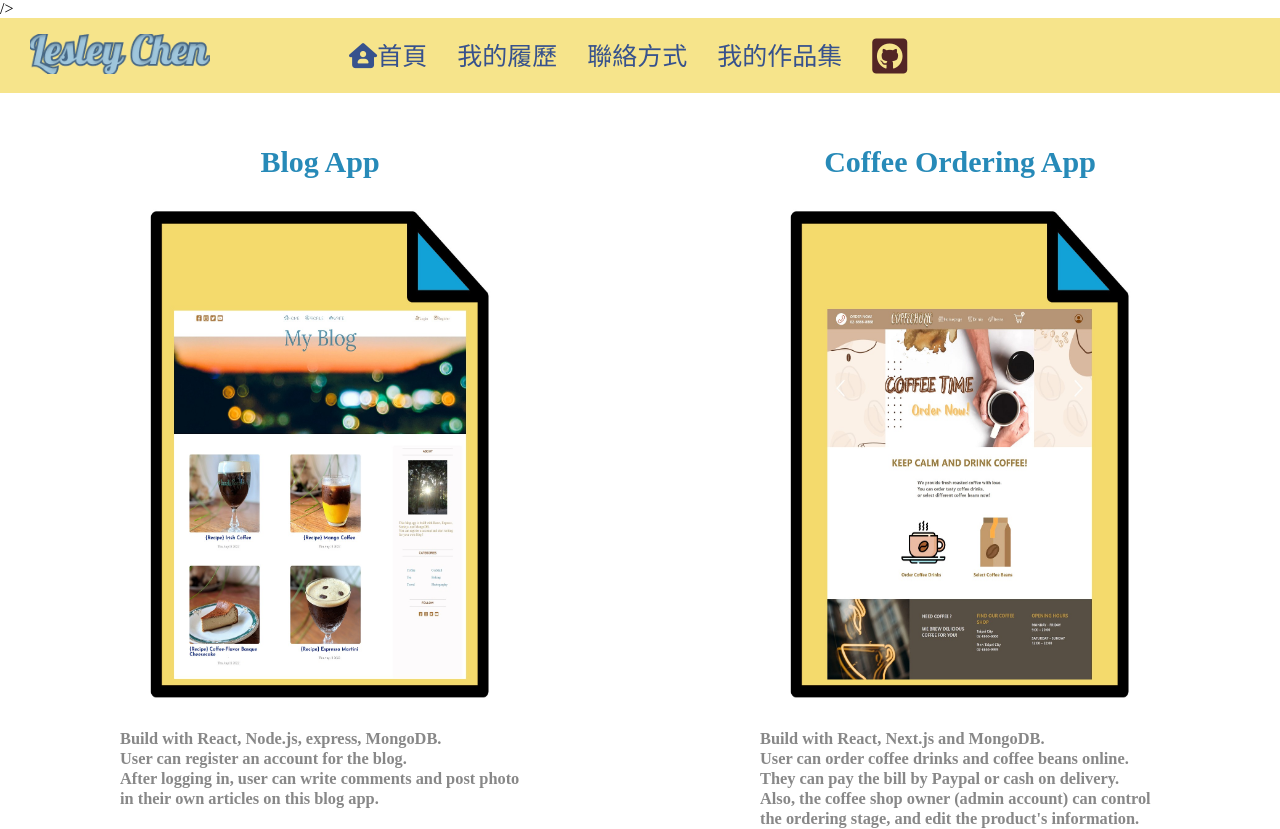
Repository: lcjyc/portfolio-website
Page: /portfolio
The author's editor kept a copy of each file at every save. The page is drawn from the files as they stood at one save, then again after the next save.
The browser window is 1280 px wide. The pictures show the whole page.
Some web libraries are served in a nearby version. The project was rebuilt for these pictures with package versions that can differ from the ones it lists, and the page was loaded fresh each time. Also part of the build but not shown: src/pages/home/home.css, src/pages/home/Home.jsx, src/pages/resume/resume.css, src/pages/resume/Resume.jsx, src/pages/contact/contact.css, src/pages/contact/Contact.jsx.

Above is the page before, as saved 2022-08-21 16:19:55.

After the next save:
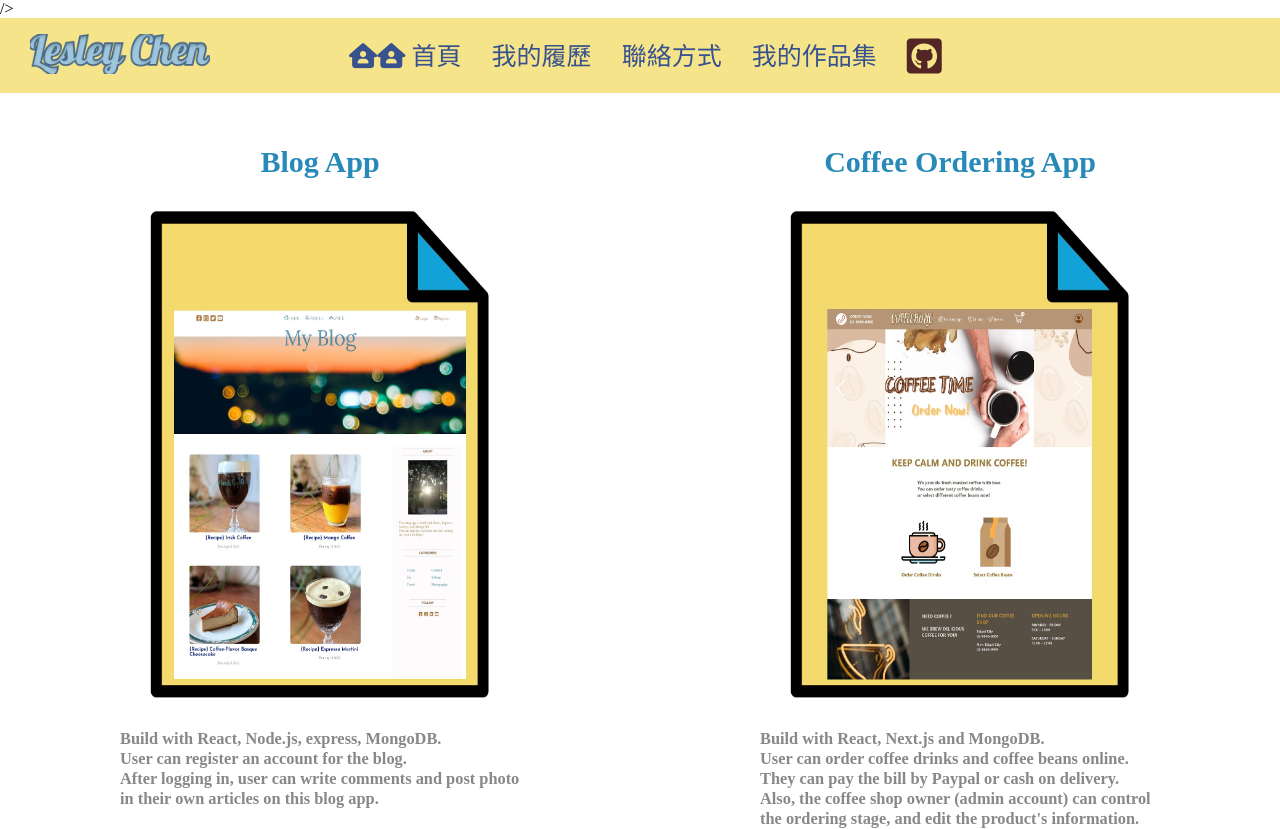
Saved 58 s later.
--- a/src/components/topbar/TopBar.jsx
+++ b/src/components/topbar/TopBar.jsx
@@ -14,7 +14,7 @@ export default function TopBar() {
           <li className="topListItem">
             <i class="fa-solid fa-house-user"></i>
             <Link className="link" to="/">
-              首頁
+              <i class="fa-solid fa-house-user"></i> 首頁
             </Link>
           </li>
           <li className="topListItem">
